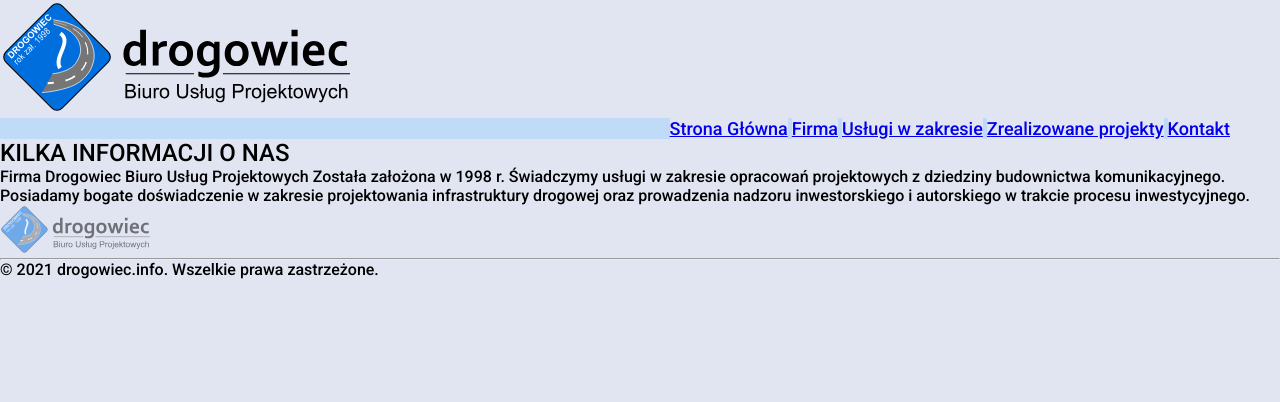
Repository: AdamBodzak/WTF_v2
Page: index.html
These files come from the project's save history. The page is drawn as it stood at one moment and after the next save; the edit follows.
The browser window is 1280 px wide. The pictures show the whole page.

Above is the page before, as saved 2021-01-06 14:41:16.

### index.html
<!DOCTYPE html>
<html lang="pl">
<head>
    <meta charset="UTF-8">
    <meta name="viewport" content="width=device-width, initial-scale=1.0">
    <link rel="preconnect" href="https://fonts.gstatic.com">
    <link rel="stylesheet" href="style.css" type="text/css">
    <title>DROGOWIEC Biuro Usług Projektowych</title>
</head>
<body>
    <main>
        <header>
                <a href="index.html">
                    <img id="logo" src="./img/Logo.svg" alt="Logo image">
                </a>
            <nav>
                <ul id="nawigationBar">
                    <li class="menuItem"> <a href="#"> Strona Główna</a></li>
                    <li class="menuItem"> <a href="#"> Firma</a></li>
                    <li class="menuItem"> <a href="#"> Usługi w zakresie</a></li>
                    <li class="menuItem"> <a href="#"> Zrealizowane projekty</a></li>
                    <li class="menuItem"> <a href="#"> Kontakt</a></li>
                </ul>
            </nav>
        </header>
            <section>
                <h1>KILKA INFORMACJI O NAS</h1>
                <p>
                    Firma Drogowiec Biuro Usług Projektowych Została założona w 1998 r.
                    Świadczymy usługi w zakresie opracowań projektowych z dziedziny budownictwa
                    komunikacyjnego. Posiadamy bogate doświadczenie w zakresie projektowania infrastruktury
                    drogowej oraz prowadzenia nadzoru inwestorskiego i autorskiego w trakcie procesu inwestycyjnego.
                </p>
            </section>
        <footer>
            <div>
                <img id="logoFooter" src="./img/Logo.svg" alt="Logo image">
            </div>
            <div id="kontakt">

            </div>
            <hr>
            <p>
                © 2021 drogowiec.info. Wszelkie prawa zastrzeżone.
            </p>
        </footer>
    </main>
</body>
</html>

### style.css
@import url('https://fonts.googleapis.com/css2?family=Roboto:wght@300;500;700&display=swap');

* {
    font-family: 'Roboto', sans-serif;
    font-weight: 500;
    box-sizing: border-box;
    margin: 0px;
    padding: 0px;
    background-color: #E1E5F2;
}
#logo {
    width: 350px;
}

#nawigationBar{
    background-color: #BFDBF7;
    text-align: right;
    margin-right: 50px;
}
.menuItem{
    display: inline-block;
    font-size: 18px;
    color: black;
    text-decoration: none;
}

#logoFooter {
    width: 150px;
    opacity: 0.5;
}

Loaded but not shown: img/Logo.svg (19 lines, source omitted)

After the next save:
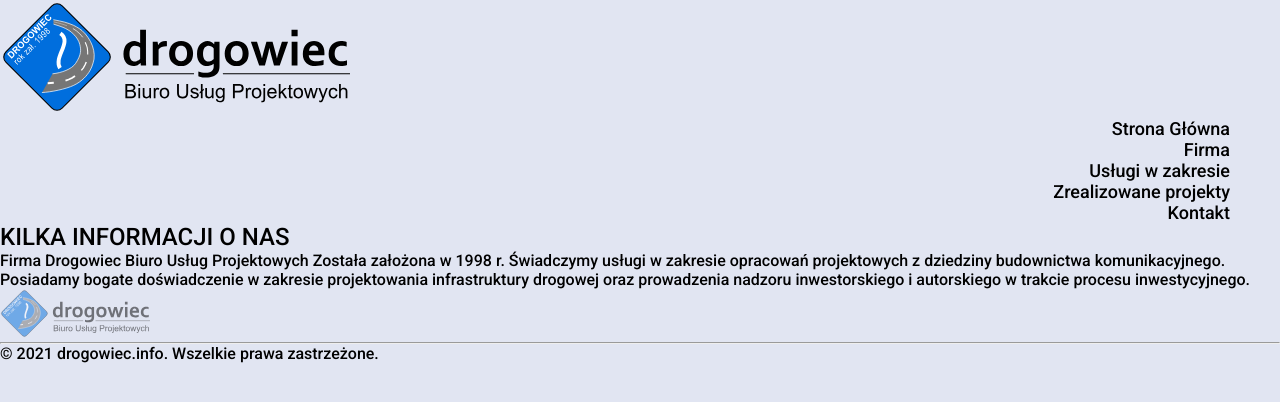
Saved 2 min 30 s later.
--- a/index.html
+++ b/index.html
@@ -15,11 +15,11 @@
                 </a>
             <nav>
                 <ul id="nawigationBar">
-                    <li class="menuItem"> <a href="#"> Strona Główna</a></li>
-                    <li class="menuItem"> <a href="#"> Firma</a></li>
-                    <li class="menuItem"> <a href="#"> Usługi w zakresie</a></li>
-                    <li class="menuItem"> <a href="#"> Zrealizowane projekty</a></li>
-                    <li class="menuItem"> <a href="#"> Kontakt</a></li>
+                    <li> <a class="menuItem" href="#"> Strona Główna</a></li>
+                    <li> <a class="menuItem" href="#"> Firma</a></li>
+                    <li> <a class="menuItem" href="#"> Usługi w zakresie</a></li>
+                    <li> <a class="menuItem" href="#"> Zrealizowane projekty</a></li>
+                    <li> <a class="menuItem" href="#"> Kontakt</a></li>
                 </ul>
             </nav>
         </header>
